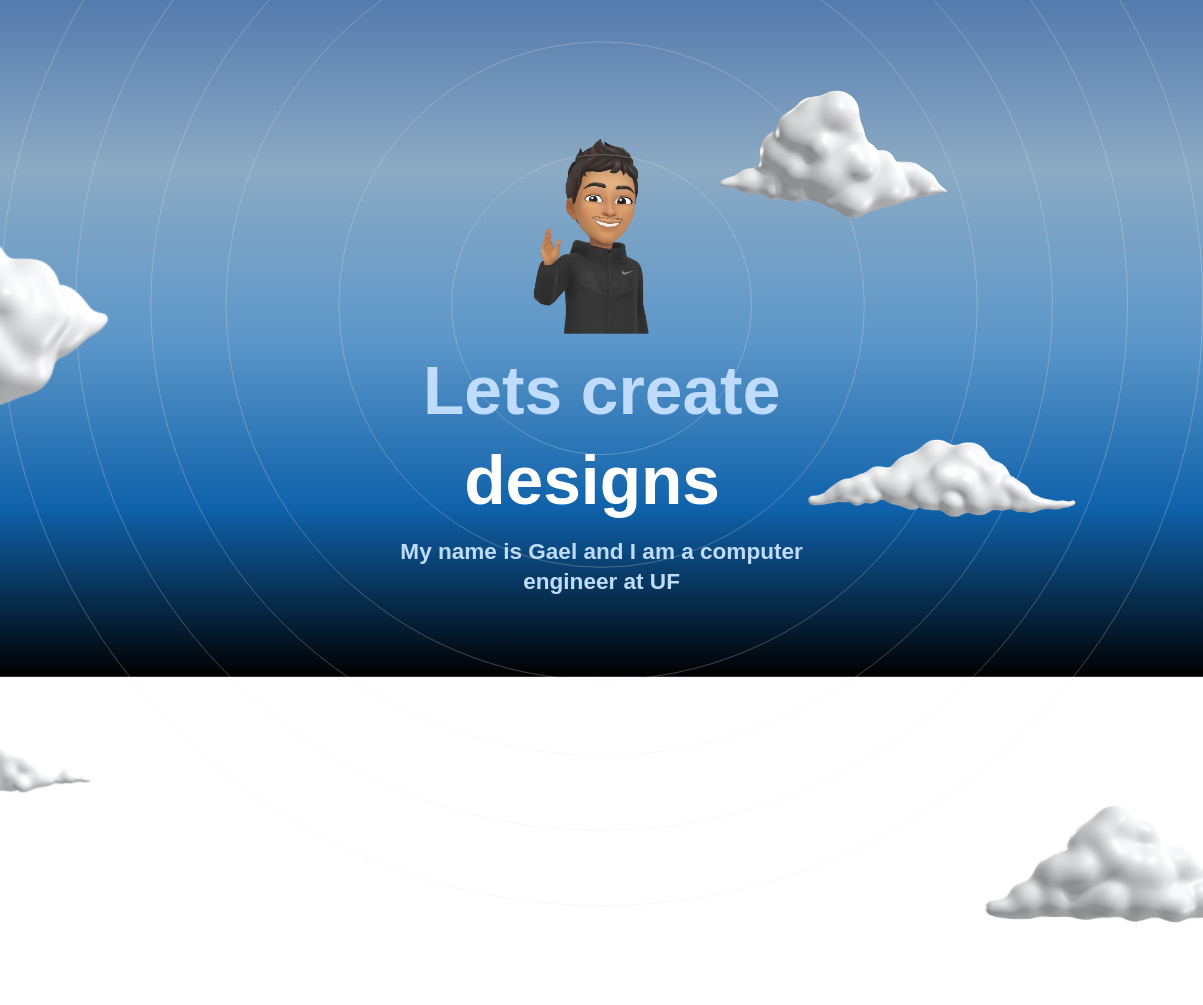
Repository: GG1627/2d-portfolio
Page: /
The author's editor kept a copy of each file at every save. The page is drawn from the files as they stood at one save, then again after the next save.
The browser window is 1280 px wide. The pictures show the whole page, at 94% of full size.
The project was rebuilt for these pictures with package versions that can differ from the ones it lists, and the page was loaded fresh each time. The framework's server and built-in components were replaced by stand-ins that run in the browser. Also part of the build but not shown: next.config.ts.

Above is the page before, as saved 2025-01-07 16:01:22.

After the next save:
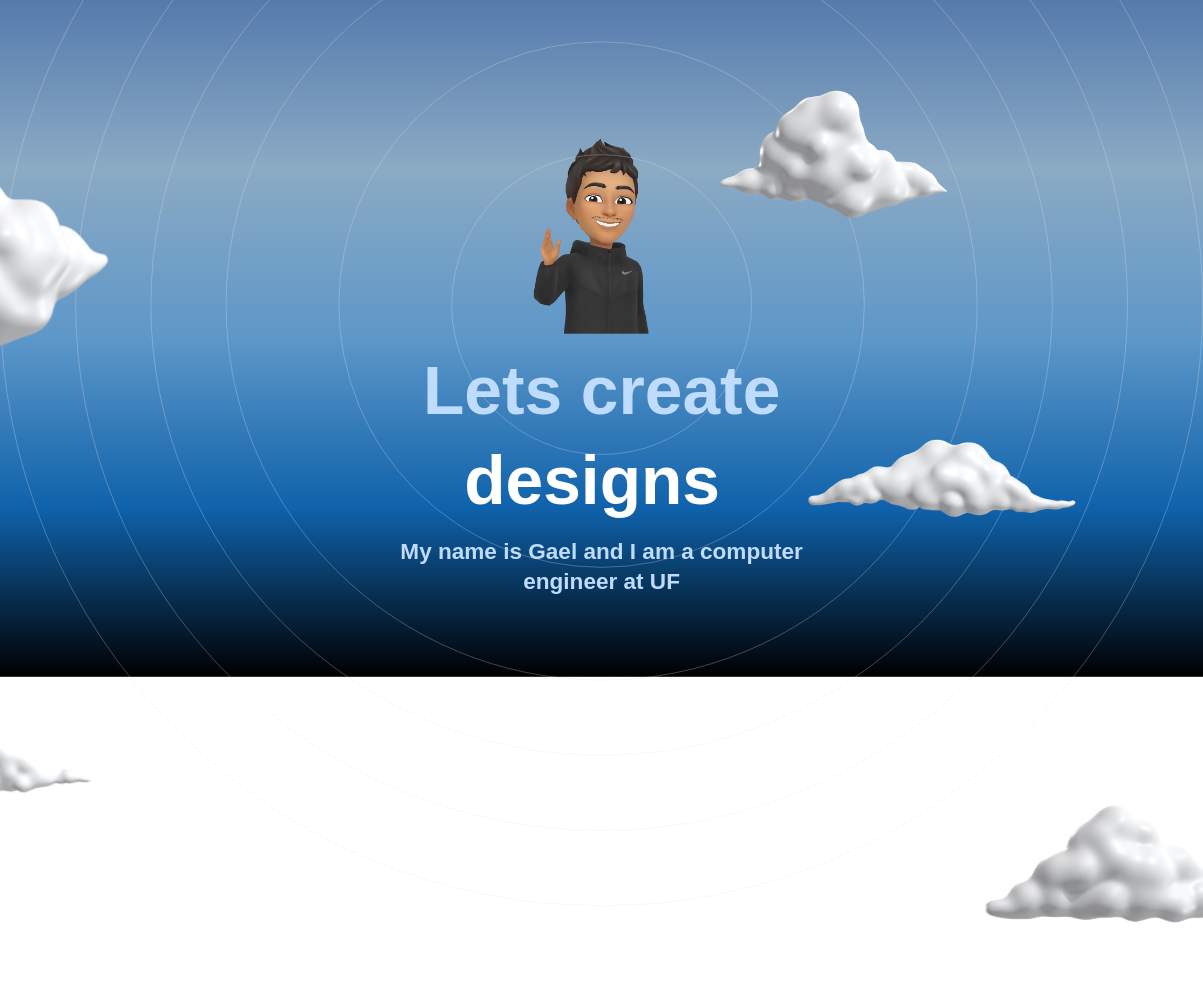
Saved 4 s later.
--- a/app/components/ui/Clouds.tsx
+++ b/app/components/ui/Clouds.tsx
@@ -105,7 +105,7 @@
         className="absolute"
         style={{
           left: `calc(-5% + ${cloudsPosition.cloud4.x}px)`,
-          top: `calc(45% + ${cloudsPosition.cloud4.y}px)`,
+          top: `calc(40% + ${cloudsPosition.cloud4.y}px)`,
           width: "300px", // Make the cloud smaller
           transition: "transform 0.1s ease-out",
         }}
